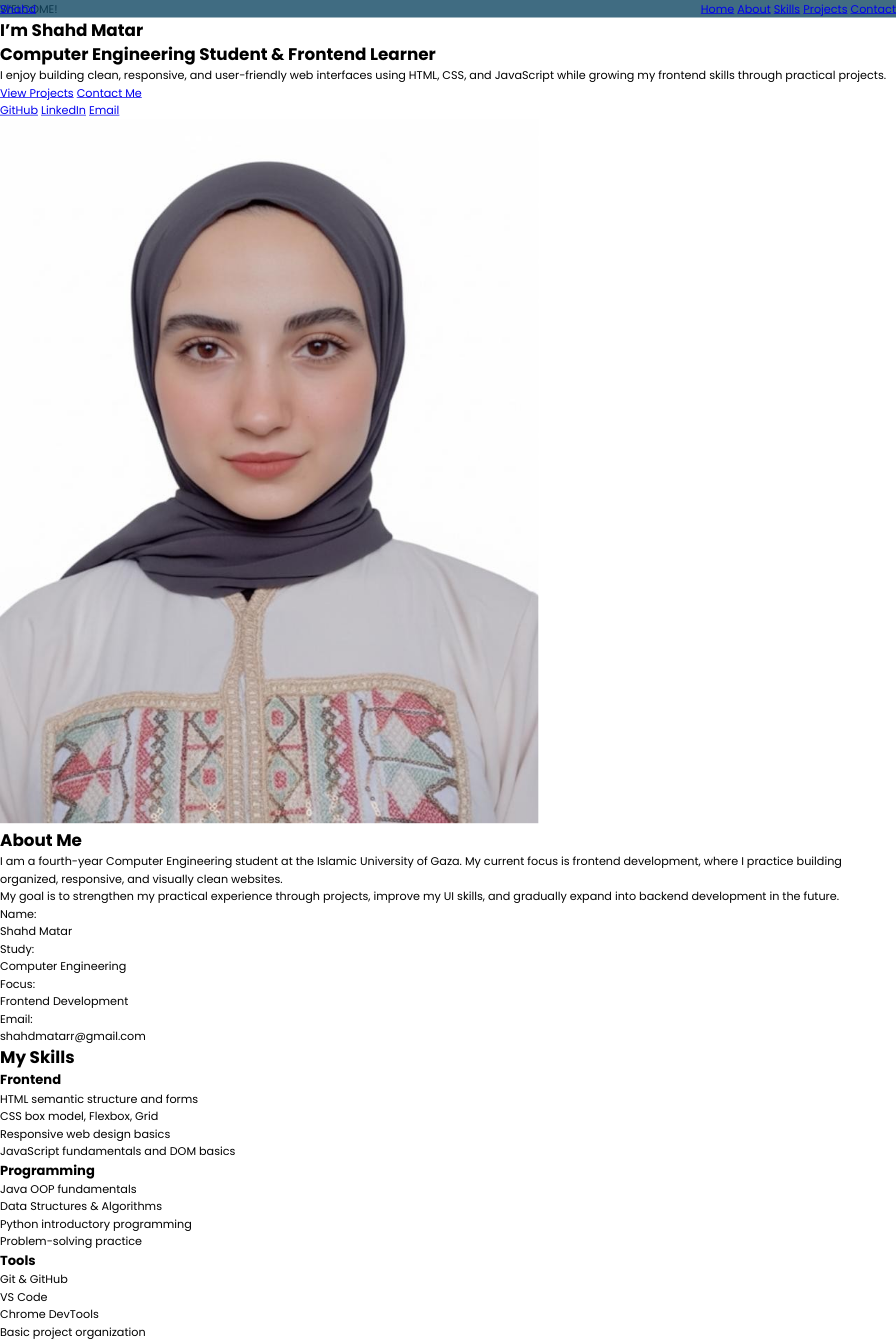
Repository: shahdmattar/personal-landing-page
Page: index.html
The author's editor kept a copy of each file at every save. The page is drawn from the files as they stood at one save, then again after the next save.
The browser window is 1280 px wide. The pictures show the part of the page from y = 0 to 1920 px (the page is 2983 px tall), at 70% of full size.
A picture or video elsewhere on the page could not be fetched, so the positions and the page height are approximate.

Above is the page before, as saved 2026-04-14 22:31:27.

After the next save:
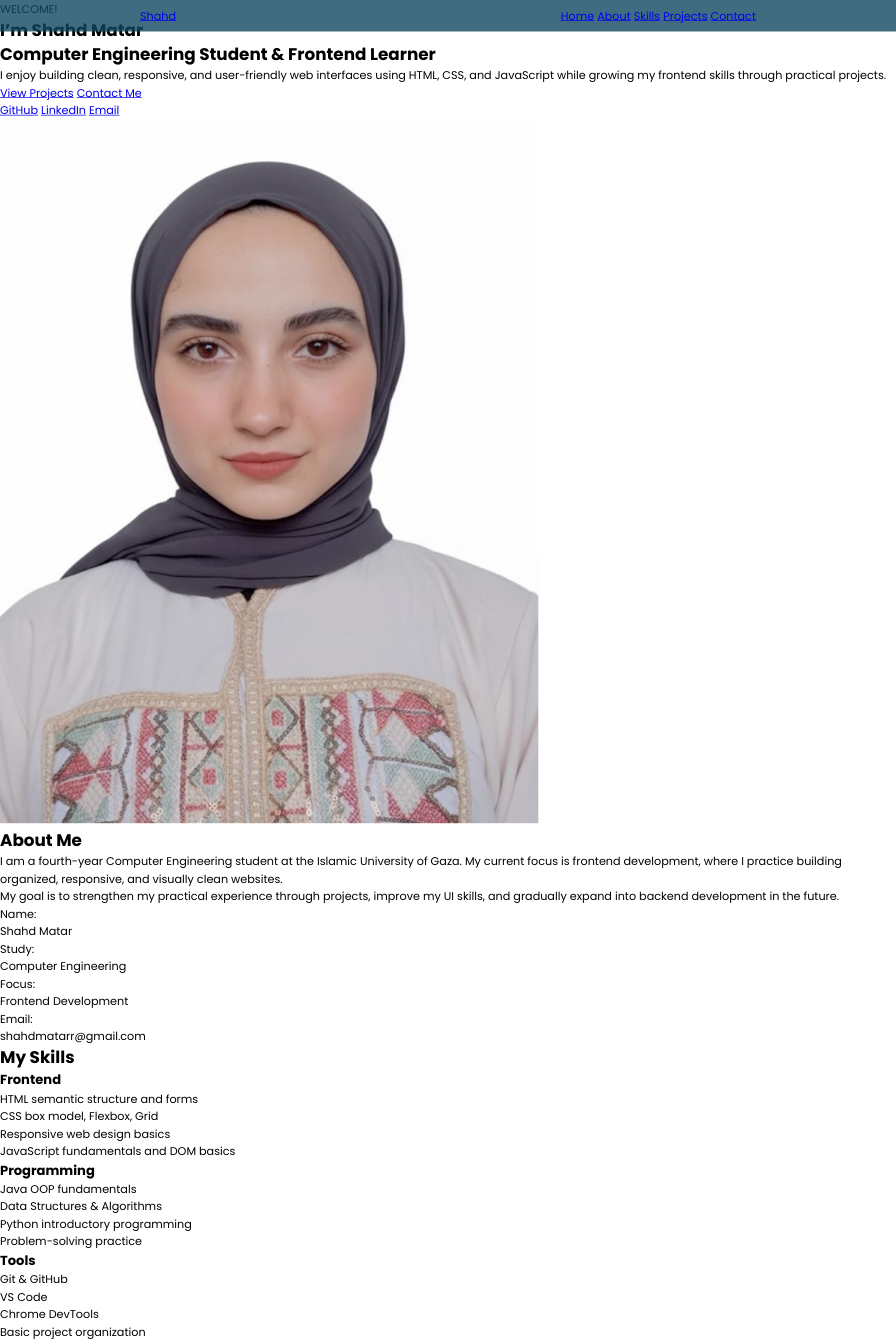
Saved 5 s later.
--- a/style.css
+++ b/style.css
@@ -15,5 +15,5 @@ header{
   justify-content: space-between;
   align-items:center;
   z-index: 999;
-  padding
+  padding:10px 200px;
 }
